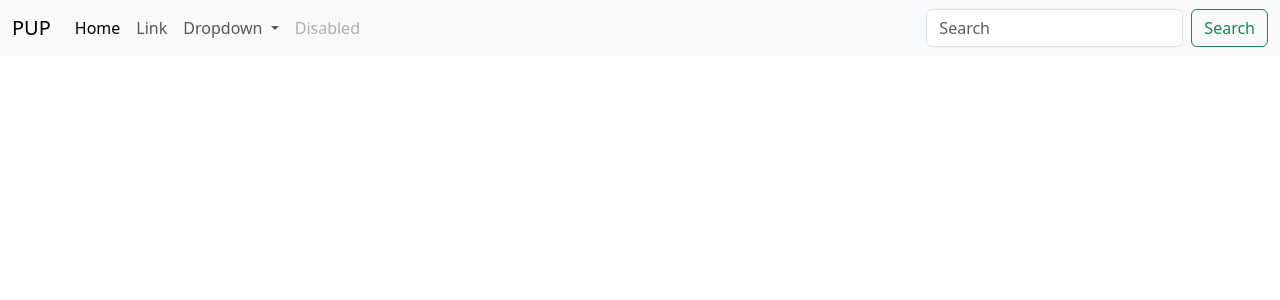
Repository: Nicktacku/webdev
Page: index.html
An editor plug-in stored every save of this project. The page is shown before and after the next save, followed by the edit.
The browser window is 1280 px wide. The pictures show the whole page.

Above is the page before, as saved 2024-07-15 15:47:01.

After the next save:
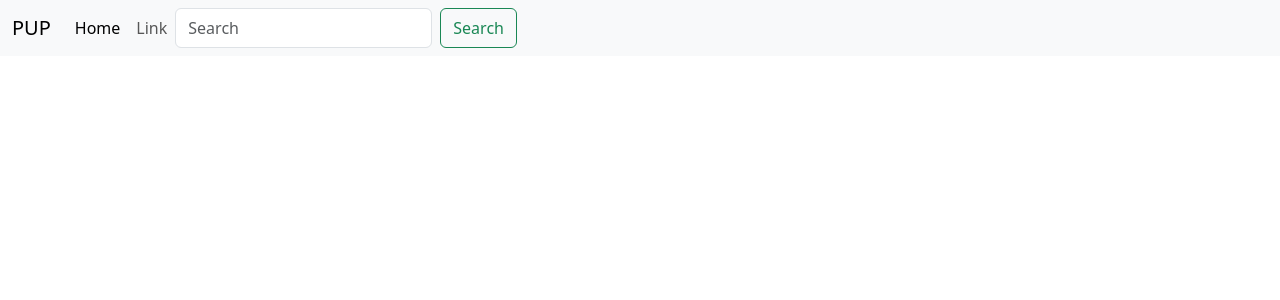
Saved 14 s later.
--- a/index.html
+++ b/index.html
@@ -35,29 +35,7 @@
             <li class="nav-item">
               <a class="nav-link" href="#">Link</a>
             </li>
-            <li class="nav-item dropdown">
-              <a
-                class="nav-link dropdown-toggle"
-                href="#"
-                role="button"
-                data-bs-toggle="dropdown"
-                aria-expanded="false"
-              >
-                Dropdown
-              </a>
-              <ul class="dropdown-menu">
-                <li><a class="dropdown-item" href="#">Action</a></li>
-                <li><a class="dropdown-item" href="#">Another action</a></li>
-                <li><hr class="dropdown-divider" /></li>
-                <li>
-                  <a class="dropdown-item" href="#">Something else here</a>
-                </li>
-              </ul>
-            </li>
-            <li class="nav-item">
-              <a class="nav-link disabled" aria-disabled="true">Disabled</a>
-            </li>
-          </ul>
+
           <form class="d-flex" role="search">
             <input
               class="form-control me-2"

After the save that followed:
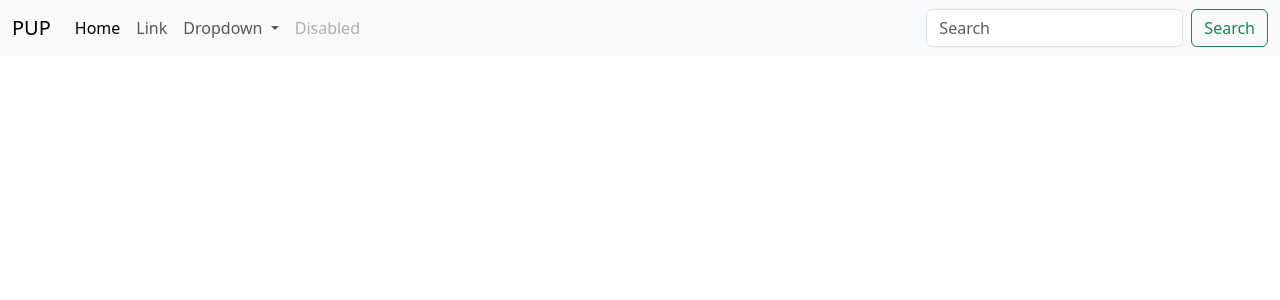
Saved 5 s later.
--- a/index.html
+++ b/index.html
@@ -35,7 +35,29 @@
             <li class="nav-item">
               <a class="nav-link" href="#">Link</a>
             </li>
-
+            <li class="nav-item dropdown">
+              <a
+                class="nav-link dropdown-toggle"
+                href="#"
+                role="button"
+                data-bs-toggle="dropdown"
+                aria-expanded="false"
+              >
+                Dropdown
+              </a>
+              <ul class="dropdown-menu">
+                <li><a class="dropdown-item" href="#">Action</a></li>
+                <li><a class="dropdown-item" href="#">Another action</a></li>
+                <li><hr class="dropdown-divider" /></li>
+                <li>
+                  <a class="dropdown-item" href="#">Something else here</a>
+                </li>
+              </ul>
+            </li>
+            <li class="nav-item">
+              <a class="nav-link disabled" aria-disabled="true">Disabled</a>
+            </li>
+          </ul>
           <form class="d-flex" role="search">
             <input
               class="form-control me-2"
